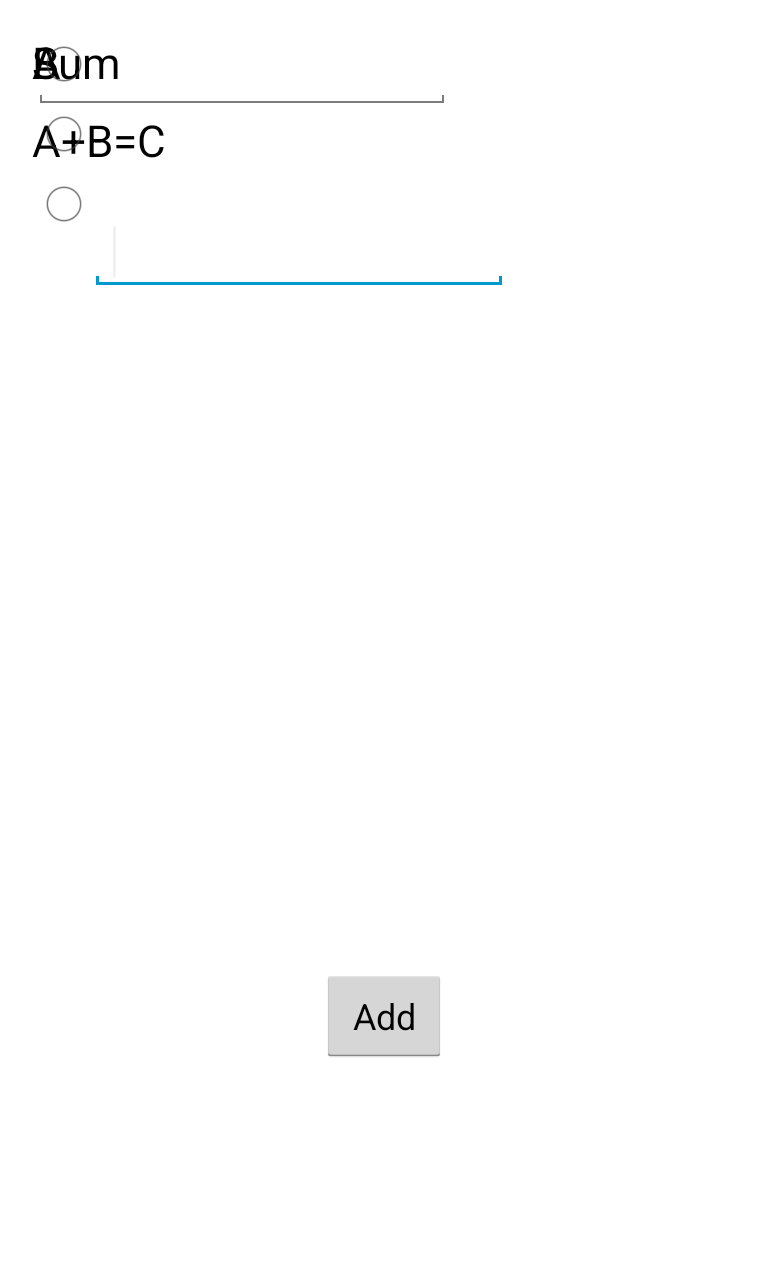
Repository: dtri123/Equation-Station
Layout: TheEquationStation/res/layout/addition_page.xml
The author's editor kept a copy of each file at every save. The layout is drawn from the files as they stood at one save, then again after the next save.
It is drawn on a 768 x 1280 px phone screen (xhdpi) without system bars, with theme AppTheme; the app's code is not run.

Above is the layout before, as saved 2013-07-18 17:08:15.

After the next save:
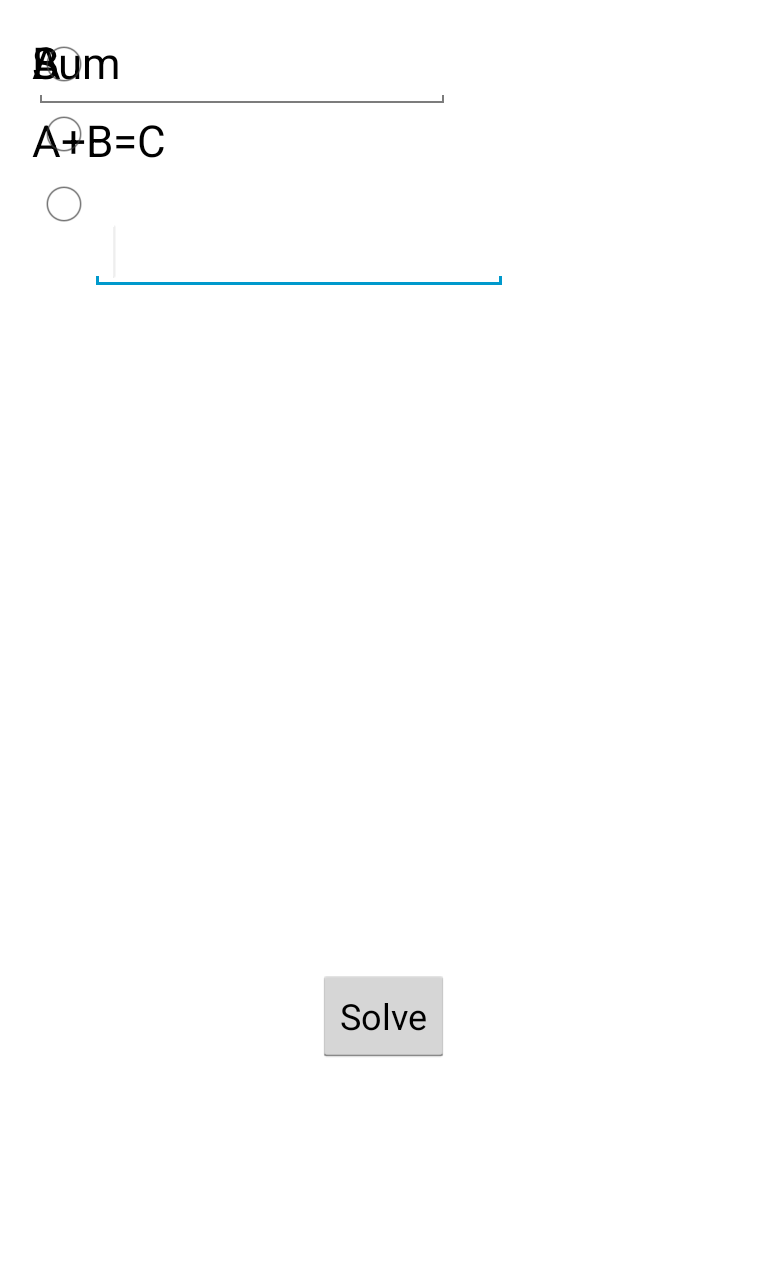
Saved 111 s later.
--- a/TheEquationStation/res/layout/addition_page.xml
+++ b/TheEquationStation/res/layout/addition_page.xml
@@ -16,7 +16,7 @@
         android:layout_alignParentBottom="true"
         android:layout_centerHorizontal="true"
         android:layout_marginBottom="92dp"
-        android:text="Add" />
+        android:text="Solve" />
 
     <EditText
         android:id="@+id/editText_AddSum"
